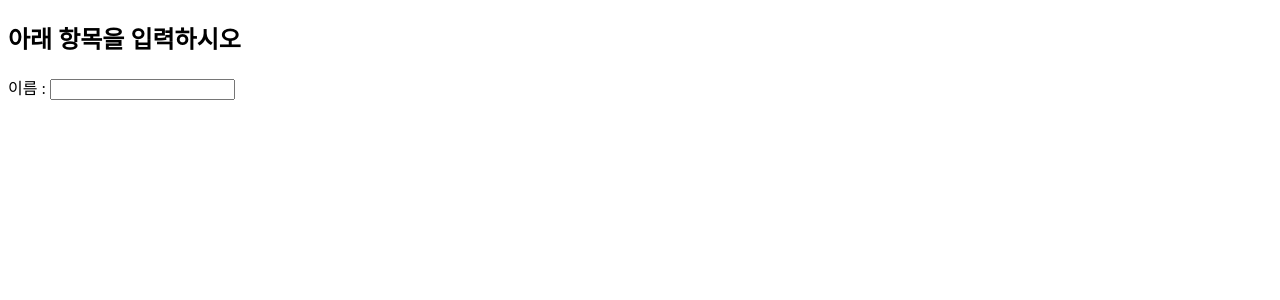
Repository: Hyuk-II/2-2
Page: 웹 프로그래밍/기말고사/src/main/webapp/grade.html
The author's editor kept a copy of each file at every save. The page is drawn from the files as they stood at one save, then again after the next save.
The browser window is 1280 px wide. The pictures show the whole page.

Above is the page before, as saved 2024-12-09 01:35:04.

After the next save:
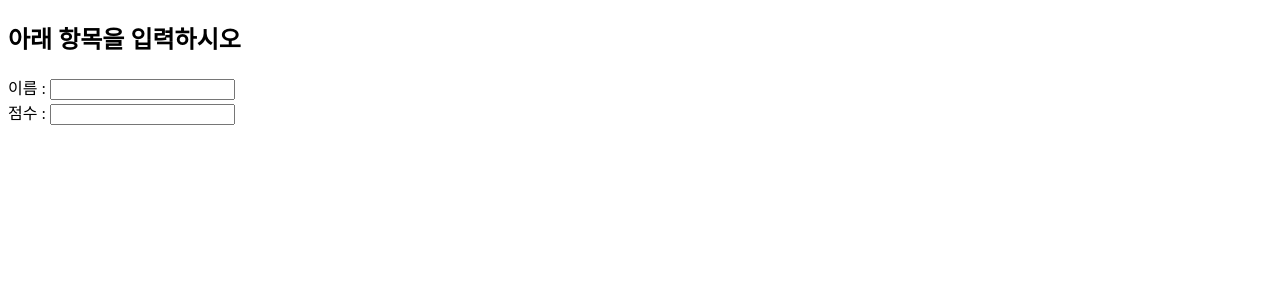
Saved 17 s later.
--- a/웹 프로그래밍/기말고사/src/main/webapp/grade.html
+++ b/웹 프로그래밍/기말고사/src/main/webapp/grade.html
@@ -7,7 +7,8 @@
 <body>
 	<h2>아래 항목을 입력하시오</h2>
 	<form method = "post" action = "grade.jsp">
-	이름 : <input type="text" name="nane">
+	이름 : <input type="text" name="name"><br>
+	점수 : <input type="text" name="point"><br>
 	</form>
 </body>
 </html>
